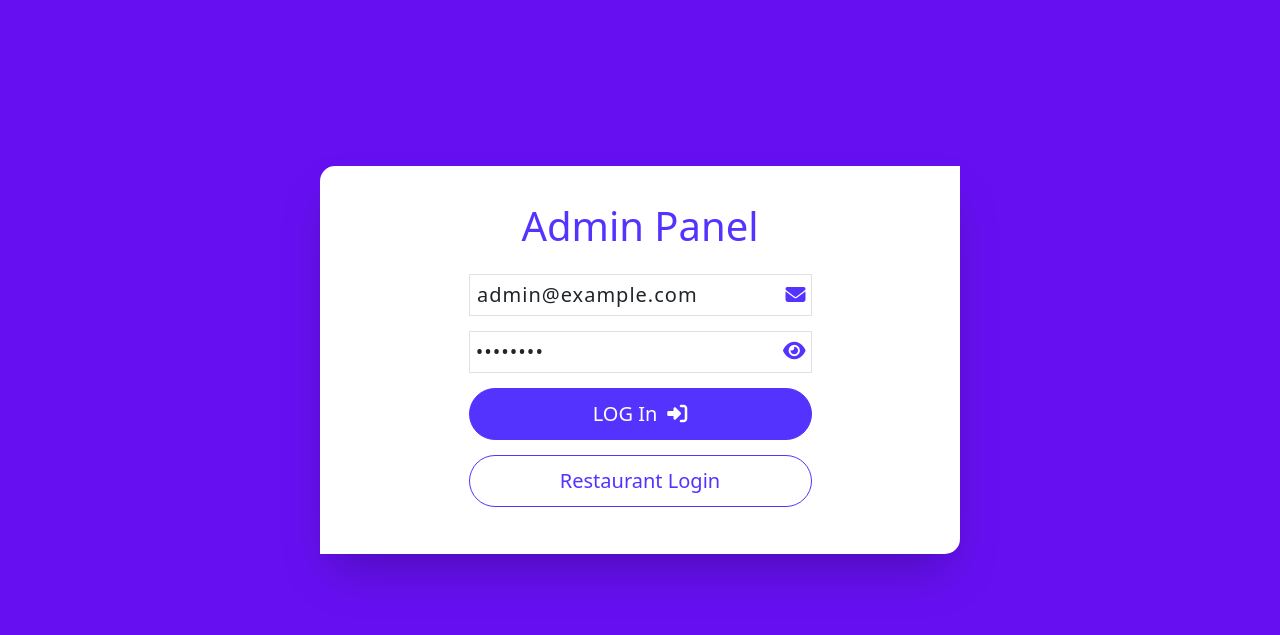
Repository: FlyweisReact/GopalAdminPanel
Page: /
These files come from the project's save history. The page is drawn as it stood at one moment and after the next save; the edit follows.
The browser window is 1280 px wide. The pictures show the whole page.
Some web libraries are served in a nearby version. The project was rebuilt for these pictures with package versions that can differ from the ones it lists, and the page was loaded fresh each time. Also part of the build but not shown: src/components/pages/Dashboard.jsx, src/vendorPanel/components/Auth.jsx, src/components/BaseUrl.jsx, src/components/pages/products/Products.jsx, src/components/pages/categories/Categories.jsx, src/components/pages/banner/Banner.jsx, src/components/pages/orders/Orders.jsx, src/components/pages/terms/Terms.jsx and 50 more. Imported but missing from the stored project, and not drawn on this page: src/components/layout/HOC.

Above is the page before, as saved 2023-04-03 13:06:57.

After the next save:
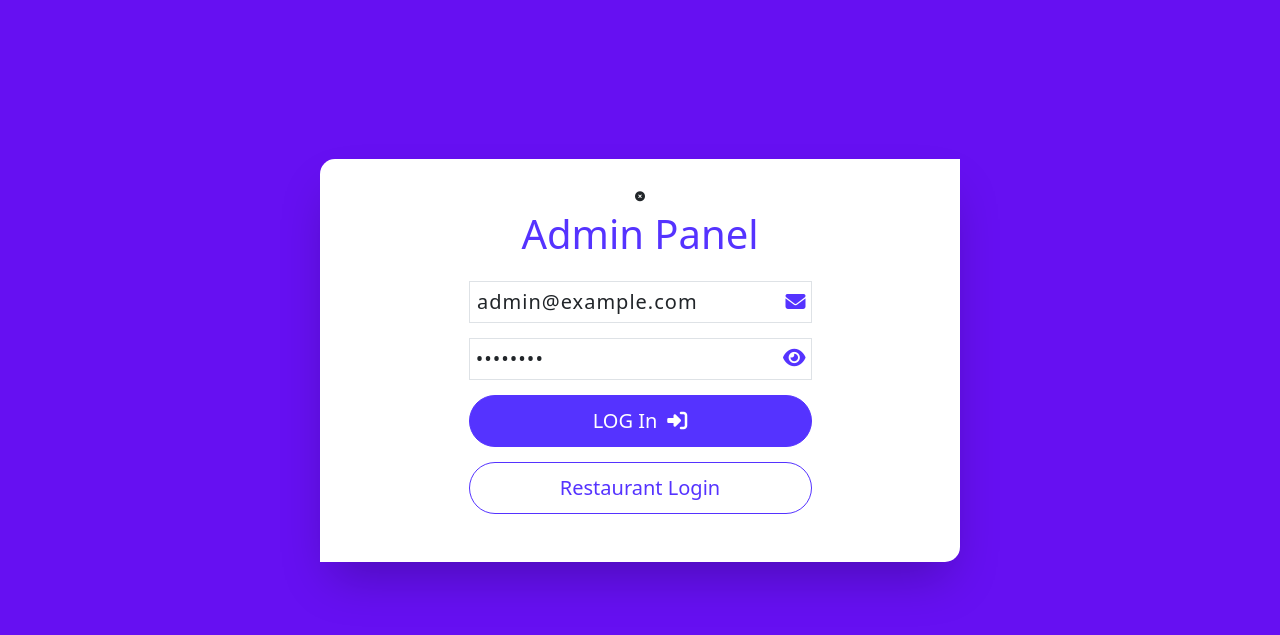
Saved 23 s later.
--- a/src/components/forms/Login.jsx
+++ b/src/components/forms/Login.jsx
@@ -48,7 +48,7 @@ const Login = () => {
         >
           <Form className="shadow-2xl w-96 mx-3 sm:mx-0 sm:w-4/5 md:w-4/6 lg:w-4/5 xl:w-1/2 flex flex-col items-center bg-white p-5 md:py-10 rounded-tl-3xl rounded-br-3xl">
           <div className="alertDiv">
-
+          <i class="fa-solid fa-circle-xmark"></i>
           </div>
             <span
               className=" text-center text-[rgb(85, 51, 255)]"
